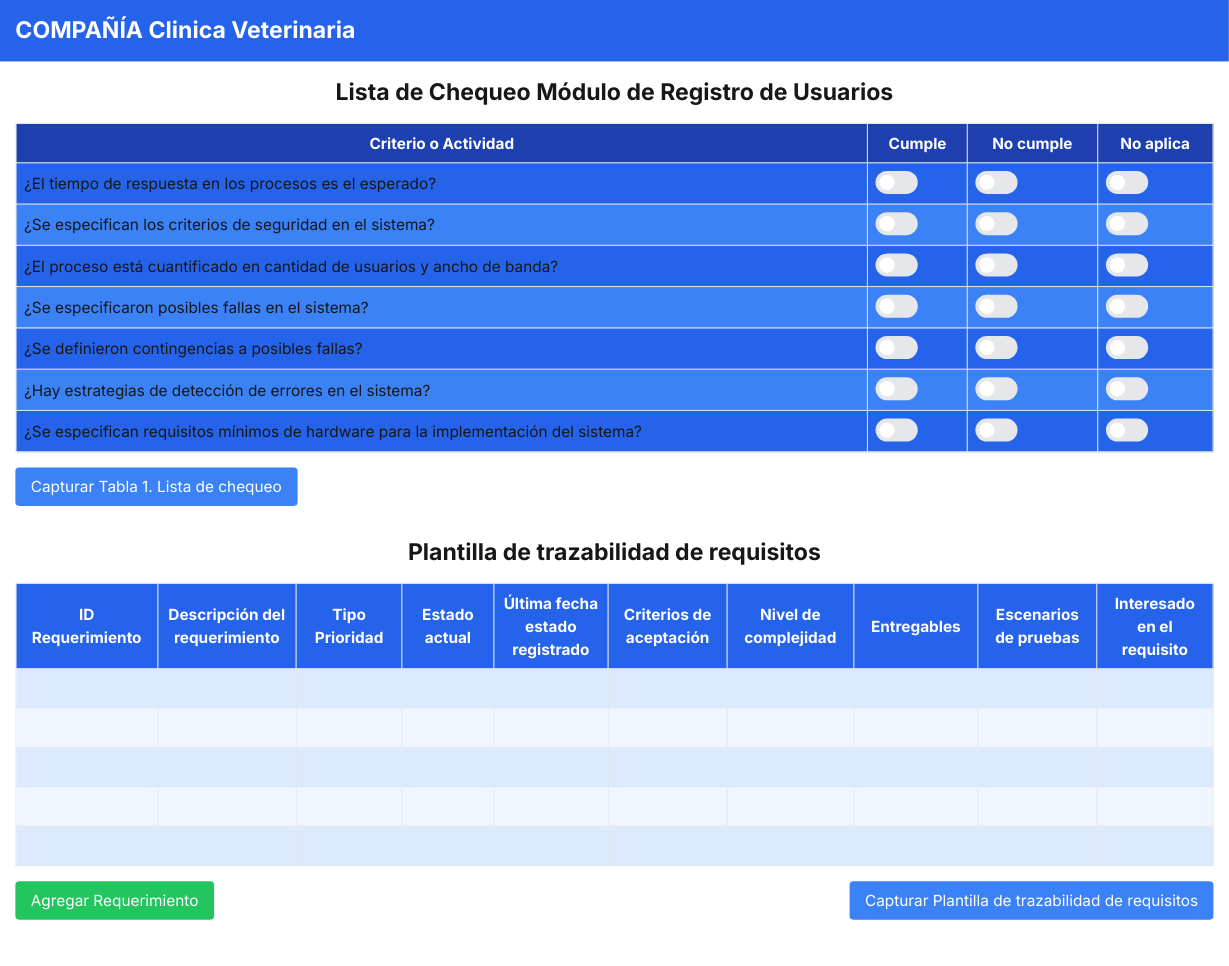
Repository: CiroAlfa/lista-de-Chequeo
Page: /
These files come from the project's save history. The page is drawn as it stood at one moment and after the next save; the edit follows.
The browser window is 1280 px wide. The pictures show the whole page, at 96% of full size.
The project was rebuilt for these pictures with package versions that can differ from the ones it lists, and the page was loaded fresh each time. The framework's server and built-in components were replaced by stand-ins that run in the browser. Also part of the build but not shown: next.config.mjs.

Above is the page before, as saved 2024-09-27 13:07:54.

After the next save:
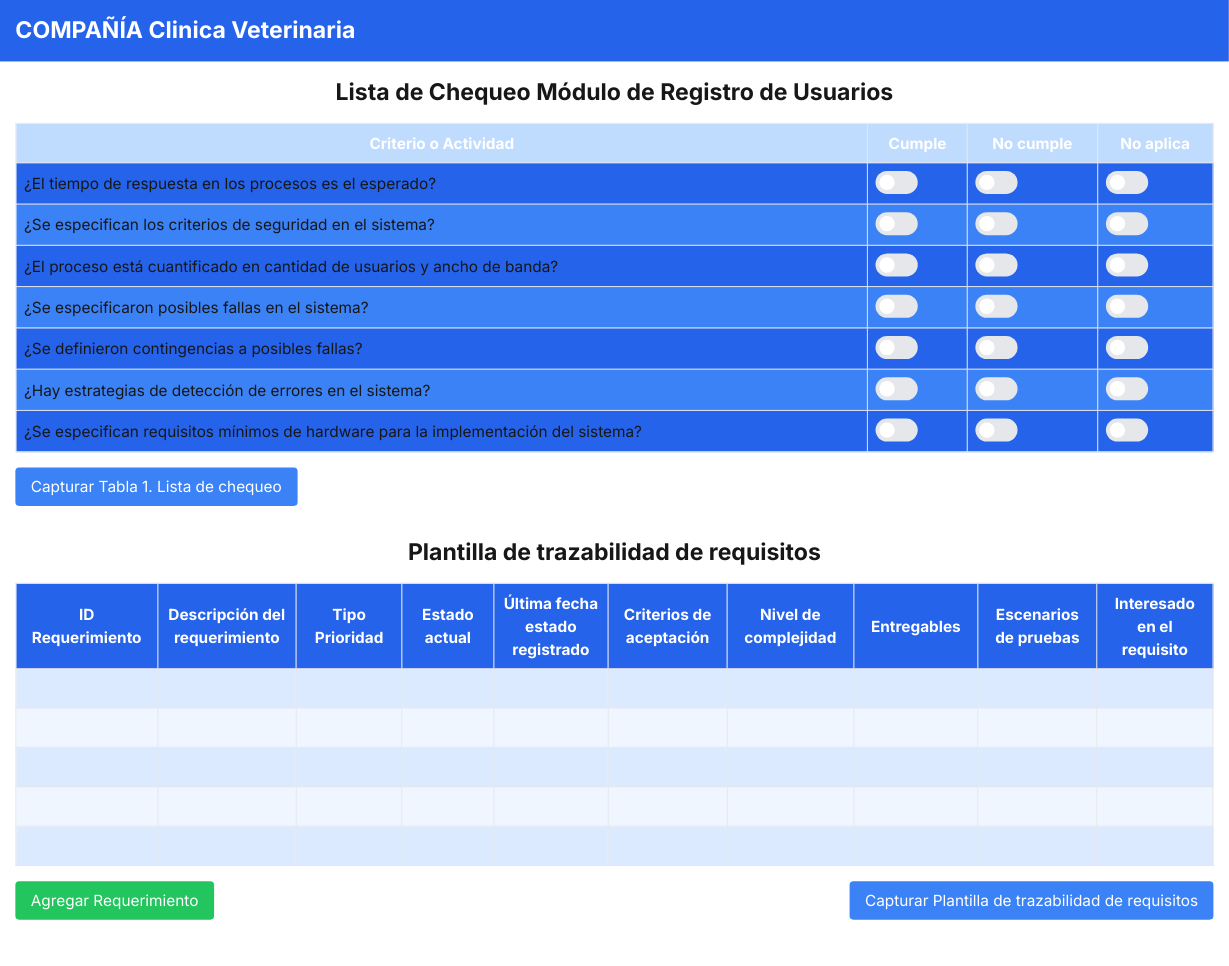
Saved 9 s later.
--- a/src/app/page.tsx
+++ b/src/app/page.tsx
@@ -107,7 +107,7 @@ export default function Home() {
         <h2 className="text-2xl font-bold mb-4 text-center">Lista de Chequeo Módulo de Registro de Usuarios</h2>
         <table className="w-full border-collapse">
           <thead>
-            <tr className="bg-blue-800 text-white">
+            <tr className="bg-blue-200 text-white">
               <th className="border p-2">Criterio o Actividad</th>
               <th className="border p-2">Cumple</th>
               <th className="border p-2">No cumple</th>
